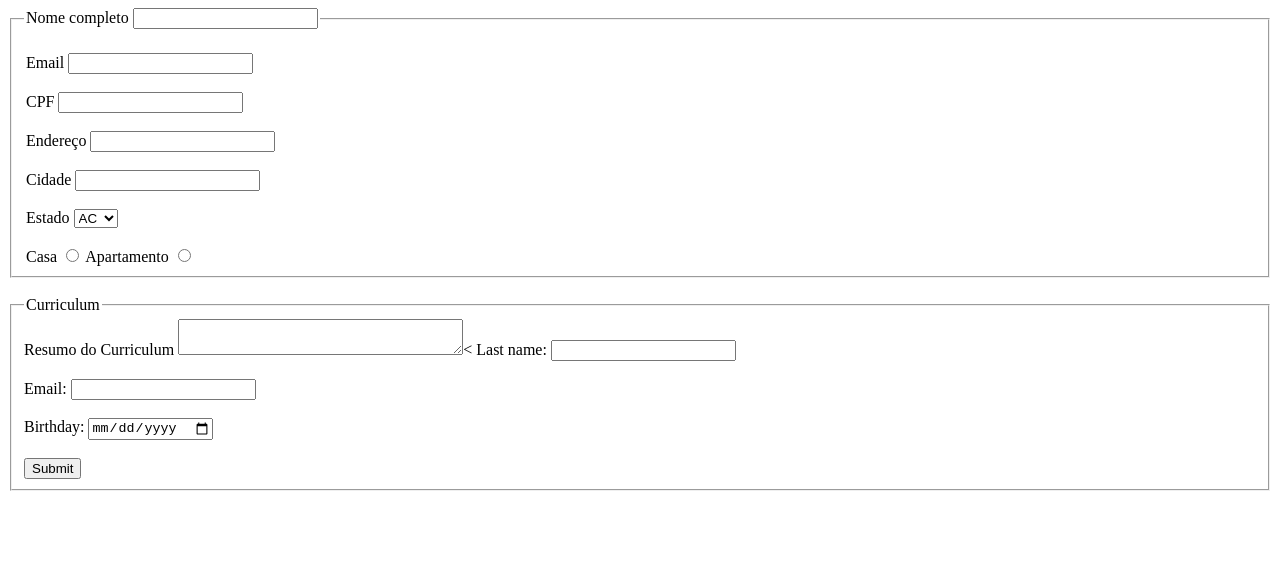
Repository: Parker9309/-trybe-exercises
Page: exercises/exercises-bloco6/html-e-css-forms-flexbox-e-responsivo_1/index.html
The author's editor kept a copy of each file at every save. The page is drawn from the files as they stood at one save, then again after a run of saves.
The browser window is 1280 px wide. The pictures show the whole page.

Above is the page before, as saved 2021-03-16 20:26:09.

After the next 4 saves:
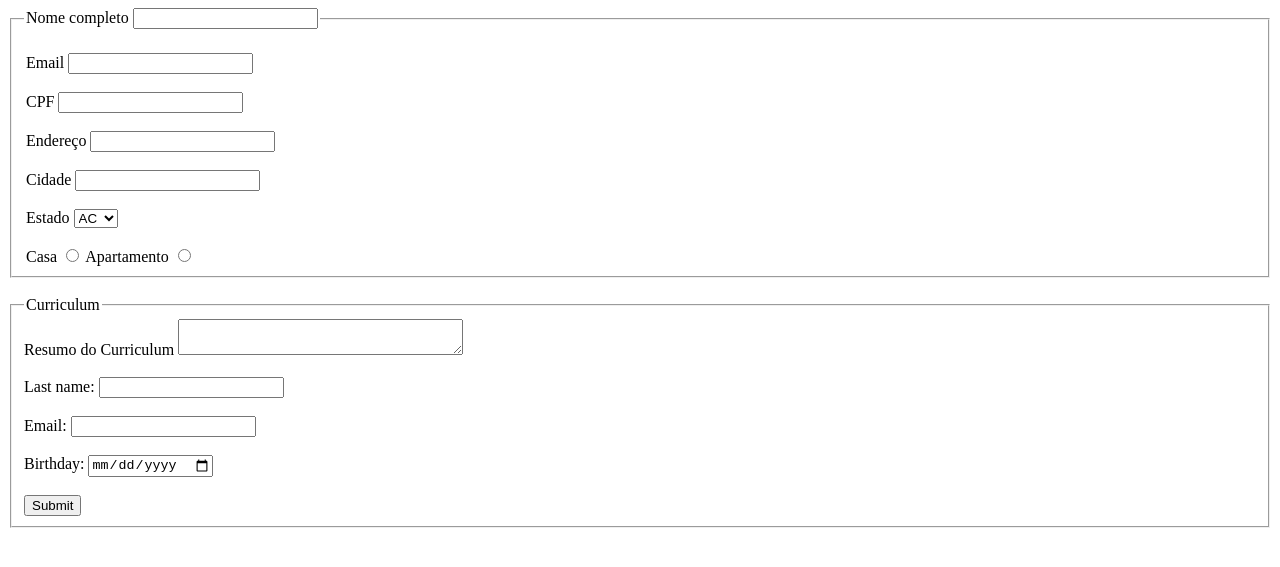
The 4 saves are shown as one change because they came seconds apart.
The last was saved 10 s later.
--- a/exercises/exercises-bloco6/html-e-css-forms-flexbox-e-responsivo_1/index.html
+++ b/exercises/exercises-bloco6/html-e-css-forms-flexbox-e-responsivo_1/index.html
@@ -78,7 +78,7 @@
   <legend>Curriculum</legend>
   <label for="fname">Resumo do Curriculum</label>
   <textarea type="text" placeholder="Conte me sobre seu Curriculum" id="fname" name="fname" ows="5" cols="33">
-   </textarea><
+   </textarea><br><br
   <label for="lname">Last name:</label>
   <input type="text" id="lname" name="lname"><br><br>
   <label for="email">Email:</label>
